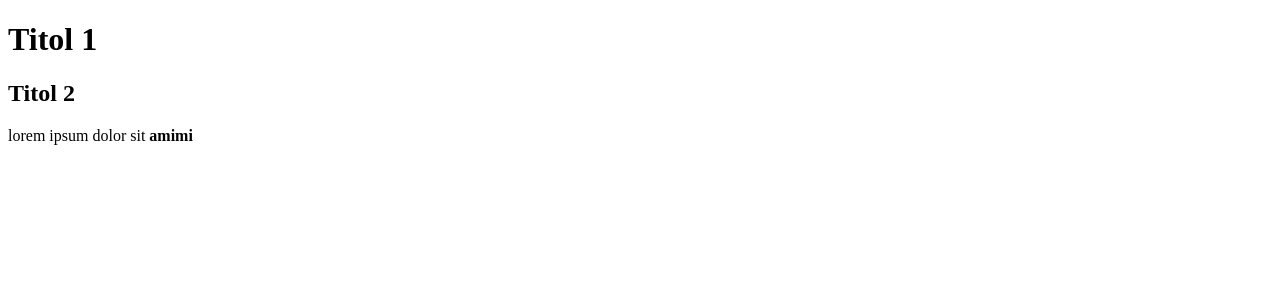
Repository: LucFx7/AWEB
Page: Ud1/html/index.html
The author's editor kept a copy of each file at every save. The page is drawn from the files as they stood at one save, then again after the next save.
The browser window is 1280 px wide. The pictures show the whole page.

Above is the page before, as saved 2025-09-24 10:10:04.

After the next save:
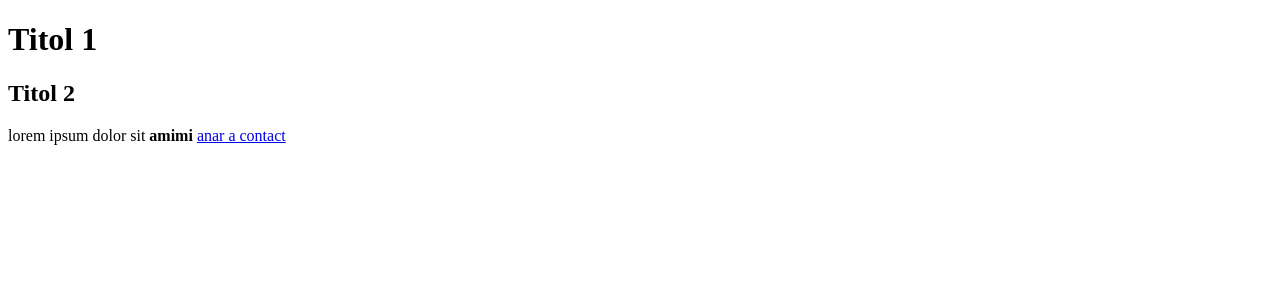
Saved 5 s later.
--- a/Ud1/html/index.html
+++ b/Ud1/html/index.html
@@ -10,5 +10,7 @@
 	<h2> Titol 2 </h2>
 
 	<p> lorem ipsum dolor sit <b> amimi </b>
+
+	<a href="views/conctact.html">anar a contact</a>
 </body>
 </html>
